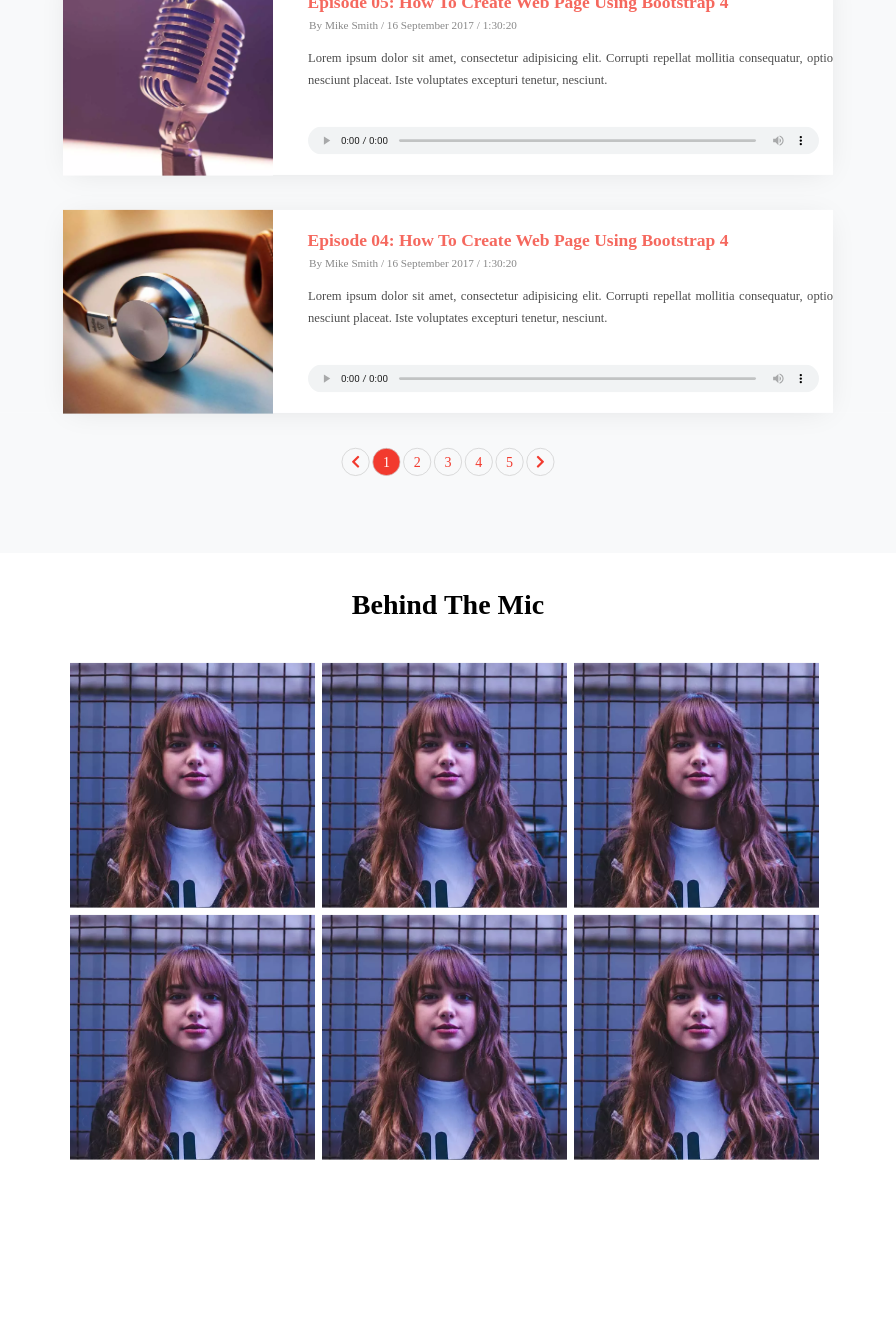
Repository: nhutduy0803/template2
Page: index.html
The author's editor kept a copy of each file at every save. The page is drawn from the files as they stood at one save, then again after the next save.
The browser window is 1280 px wide. The pictures show the part of the page from y = 2077 to 3997 px (the page is 3997 px tall), at 70% of full size.

Above is the page before, as saved 2021-12-09 14:33:13.

### index.html
<!DOCTYPE html>
<html lang="en">
  <head>
    <meta charset="UTF-8" />
    <meta http-equiv="X-UA-Compatible" content="IE=edge" />
    <meta name="viewport" content="width=device-width, initial-scale=1.0" />
    <link rel="stylesheet" href="./assets/css/style.css" />
    <link
      rel="stylesheet"
      href="./assets/css/font/fontawesome-free-5.15.4-web/css/all.min.css"
    />
    <title>Document</title>
  </head>
  <body>
    <script src="./main.js"></script>
    <div class="slider">
      <h2>Podca</h2>
      <img
        src="./assets/css/img/xhero_bg_1.jpg.pagespeed.ic.EJCcE-mhd6.webp"
        alt=""
      />
      <h3>Episode 09: How To Create Web Page Using Bootstrap 4</h3>
      <span>By Mike Smith | 16 September 2017 | 1:30:20</span>
      <div class="subslider">READ THE TRANSCRIPT</div>
      <div class="menu" onclick="openmenu()">
        <i class="fas fa-bars"></i>
      </div>
      <div class="sub-menu">
        <i class="fas fa-times" onclick="closemenu()"></i>
        <div class="home-menu">
          <p>Home</p>
          <i onclick="subhome()" class="fas fa-caret-down"></i>

          <div class="sub-home">
            <li>Menu One</li>
            <li>Menu Two</li>
            <li>Menu Three</li>
            <li>Sub Menu</li>
          </div>
          <div class="drop-down">
            <p>DropDown</p>
            <i onclick="subdropdown() " class="fas fa-caret-down"></i>
            <div class="sub-dropdown">
              <li>Menu One</li>
              <li>Menu two</li>
              <li>Menu three</li>
            </div>
          </div>

          <p>About</p>
          <p>Contact</p>
        </div>
      </div>
    </div>
    <div class="audio">
      <audio class="audio-one" controls>
        <source src="" type="audio/ogg" />
        <source src="" type="audio/mpeg" />
      </audio>
    </div>
    <div class="RecentPodcasts">
      <h2>Recent Podcasts</h2>
      <div class="container">
        <div class="img-pod">
          <img src="./assets/css/img/pod1.webp" alt="" />
        </div>
        <div class="content-pod">
          <h3>Episode 08: How To Create Web Page Using Bootstrap 4</h3>
          <span>By Mike Smith / 16 September 2017 / 1:30:20</span>
          <p>
            Lorem ipsum dolor sit amet, consectetur adipisicing elit. Corrupti
            repellat mollitia consequatur, optio nesciunt placeat. Iste
            voluptates excepturi tenetur, nesciunt.
          </p>
          <audio class="audiopod" controls>
            <source src="" type="audio/mpeg" />
          </audio>
        </div>
      </div>
      <div class="container">
        <div class="img-pod">
          <img src="./assets/css/img/pod2.webp" alt="" />
        </div>
        <div class="content-pod">
          <h3>Episode 07: How To Create Web Page Using Bootstrap 4</h3>
          <span>By Mike Smith / 16 September 2017 / 1:30:20</span>
          <p>
            Lorem ipsum dolor sit amet, consectetur adipisicing elit. Corrupti
            repellat mollitia consequatur, optio nesciunt placeat. Iste
            voluptates excepturi tenetur, nesciunt.
          </p>
          <audio class="audiopod" controls>
            <source src="" type="audio/mpeg" />
          </audio>
        </div>
      </div>
      <div class="container">
        <div class="img-pod">
          <img src="./assets/css/img/pod3.webp" alt="" />
        </div>
        <div class="content-pod">
          <h3>Episode 06: How To Create Web Page Using Bootstrap 4</h3>
          <span>By Mike Smith / 16 September 2017 / 1:30:20</span>
          <p>
            Lorem ipsum dolor sit amet, consectetur adipisicing elit. Corrupti
            repellat mollitia consequatur, optio nesciunt placeat. Iste
            voluptates excepturi tenetur, nesciunt.
          </p>
          <audio class="audiopod" controls>
            <source src="" type="audio/mpeg" />
          </audio>
        </div>
      </div>
      <div class="container">
        <div class="img-pod">
          <img src="./assets/css/img/pod4.webp" alt="" />
        </div>
        <div class="content-pod">
          <h3>Episode 05: How To Create Web Page Using Bootstrap 4</h3>
          <span>By Mike Smith / 16 September 2017 / 1:30:20</span>
          <p>
            Lorem ipsum dolor sit amet, consectetur adipisicing elit. Corrupti
            repellat mollitia consequatur, optio nesciunt placeat. Iste
            voluptates excepturi tenetur, nesciunt.
          </p>
          <audio class="audiopod" controls>
            <source src="" type="audio/mpeg" />
          </audio>
        </div>
      </div>
      <div class="container">
        <div class="img-pod">
          <img src="./assets/css/img/pod5.webp" alt="" />
        </div>
        <div class="content-pod">
          <h3>Episode 04: How To Create Web Page Using Bootstrap 4</h3>
          <span>By Mike Smith / 16 September 2017 / 1:30:20</span>
          <p>
            Lorem ipsum dolor sit amet, consectetur adipisicing elit. Corrupti
            repellat mollitia consequatur, optio nesciunt placeat. Iste
            voluptates excepturi tenetur, nesciunt.
          </p>
          <audio class="audiopod" controls>
            <source src="" type="audio/mpeg" />
          </audio>
        </div>
      </div>
    </div>
    <div class="list-pod">
      <li><i class="fas fa-chevron-left"></i></li>
      <li>1</li>
      <li>2</li>
      <li>3</li>
      <li>4</li>
      <li>5</li>
      <li><i class="fas fa-chevron-right"></i></li>
    </div>
    <div class="BehindTheMic">
      <h2>Behind The Mic</h2>
      <div class="container-behind">
        <div class="picture-behind">
          <img src="./assets/css/img/behind1.webp" alt="" />
          <h2>hihi</h2>
        </div>
        <div class="picture-behind">
          <img src="./assets/css/img/behind1.webp" alt="" />
        </div>
        <div class="picture-behind">
          <img src="./assets/css/img/behind1.webp" alt="" />
        </div>
        <div class="picture-behind">
          <img src="./assets/css/img/behind1.webp" alt="" />
        </div>
        <div class="picture-behind">
          <img src="./assets/css/img/behind1.webp" alt="" />
        </div>
        <div class="picture-behind">
          <img src="./assets/css/img/behind1.webp" alt="" />
        </div>
      </div>
      <!-- <div class="container-behind">
        <div class="picture-behind">
          <img src="./assets/css/img/behind1.webp" alt="" />
        </div>
      </div>
      <div class="container-behind">
        <div class="picture-behind">
          <img src="./assets/css/img/behind1.webp" alt="" />
        </div>
      </div>
      <div class="container-behind">
        <div class="picture-behind">
          <img src="./assets/css/img/behind1.webp" alt="" />
        </div>
      </div>
      <div class="container-behind">
        <div class="picture-behind">
          <img src="./assets/css/img/behind1.webp" alt="" />
        </div>
      </div>
      <div class="container-behind">
        <div class="picture-behind">
          <img src="./assets/css/img/behind1.webp" alt="" />
        </div>
      </div> -->
    </div>
  </body>
</html>

### assets/css/style.css
* {
  margin: 0;
  padding: 0;
  box-sizing: border-box;
}

.slider {
  width: 100%;
  height: 100vh;
  position: relative;
}

.slider::before {
  content: " ";
  position: absolute;
  top: 0;
  left: 0;
  right: 0;
  bottom: 0;
  background-color: rgba(0, 0, 0, 0.4);
}

.slider img {
  width: 100%;
  height: 100%;
}

.slider h2 {
  position: absolute;
  top: 50px;
  left: 50px;
  color: #fff;
  font-size: 40px;
}
.menu {
  position: absolute;
  right: 50px;
  top: 50px;
  font-size: 30px;
  color: #fff;
}

.slider h3 {
  text-align: center;
  position: absolute;
  transform: translate(-50%);
  top: 30%;
  left: 50%;
  color: #fff;
  font-size: 40px;
  line-height: 1.6;
  font-size: 50px;
}

.slider span {
  position: absolute;
  top: 58%;
  left: 50%;
  transform: translate(-50%);
  color: #ffffff80;
}

.subslider {
  width: 250px;
  background-color: #f23a2e;
  display: flex;
  justify-content: center;
  align-items: center;
  color: #fff;
  font-size: 15px;
  letter-spacing: 2px;
  height: 60px;
  position: absolute;
  top: 65%;
  left: 50%;
  transform: translate(-50%);
  transition: 0.3s;
  border-radius: 5px;
}

.subslider:hover {
  position: absolute;
  top: 64%;
  box-shadow: 0 5px 20px -7px rgba(0, 0, 0, 0.9);
  transition: 0.3s;
}

.sub-menu {
  width: 300px;
  background-color: #fff;
  position: absolute;
  right: -300px;
  top: 0;
  height: 100vh;
  position: fixed;
  transition: 0.3s;
  box-shadow: 0 0 10px rgba(0, 0, 0, 0.4);
}

.sub-menu.openmenu {
  transition: 0.3s;
  right: 0;
}

.sub-menu .fas {
  position: absolute;
  font-size: 25px;
  right: 15px;
  top: 15px;
  transition: 0.2s;
}

.sub-menu .fas:hover {
  transition: 0.2s;
  color: rgb(104, 103, 103);
}

.home-menu {
  margin-top: 100px;
  font-size: 20px;
  margin-left: 15%;
}

.home-menu p {
  margin-bottom: 30px;
  color: #212529;
  transition: 0.3s;
}

.home-menu p:nth-child(2) {
  width: 100%;
  background-color: #fff;
  height: 200px;
}

.home-menu p:hover {
  transition: 0.3s;
  color: #f00;
}

.fa-caret-down {
  margin-top: 85px;
  margin-right: 20px;
}

.drop-down {
  position: relative;
}

.drop-down .fa-caret-down {
  position: absolute;
  top: -85px;
}
.sub-home {
  margin-top: -20px;
  width: 200px;
  height: 0px;
  background-color: #fff;
  visibility: hidden;
  transition: 0.5s;
  opacity: 0;
  margin-bottom: 20px;
}

.sub-home.opensubhome {
  height: 170px;
  visibility: inherit;
  transition: 0.5s;
  opacity: 1;
}

.sub-home li {
  padding: 10px 0px;
  font-weight: 300;
  margin-left: 30px;
  font-size: 17px;
  list-style-type: none;
  /* transition: 0.3s; */
}

.sub-home li:hover {
  transition: 0.3s;
  color: #f00;
}

.sub-dropdown {
  margin-top: -20px;
  background-color: #fff;
  height: 0px;
  width: 200px;
  visibility: hidden;
  transition: 0.3s;
  opacity: 0;
  margin-bottom: 20px;
}

.sub-dropdown li {
  padding-top: 22.5px;
  margin-left: 30px;
  font-weight: 300;
  font-size: 17px;
  list-style-type: none;
  transition: 0.3s;
}

.sub-dropdown li:hover {
  transition: 0.3s;
  color: #f00;
}

.sub-dropdown.opensubdropdown {
  opacity: 1;
  visibility: inherit;
  transition: 0.3s;
  height: 150px;
}

.audio {
  display: flex;
  justify-content: center;
  align-items: center;
  width: 100%;
  background-color: #f8f9fa;
  height: 200px;
}

.audio-one {
  width: 750px;
  height: 40px;
}

.RecentPodcasts {
  background: #f8f9fa;
  height: auto;
  width: 100%;
  text-align: center;
}

.RecentPodcasts h2 {
  font-size: 40px;
  margin-bottom: 50px;
}

.container {
  width: 1100px;
  height: 290px;
  position: relative;
  margin: auto;
  box-shadow: 0 5px 40px -10px rgb(0 0 0 / 10%);
  margin-top: 50px;
}

.img-pod {
  position: absolute;
  top: 0;
  left: 0;
  height: 290px;
  width: 300px;
}

.img-pod img {
  width: 100%;
  height: 100%j;
}

.content-pod {
  padding-top: 30px;
  background: #fff;
  height: 100%;
}

.content-pod h3 {
  font-size: 25px;
  margin-left: 200px;
  color: #f23b2ec4;
  margin-bottom: 10px;
}

.content-pod span {
  margin-left: -100px;
  color: #888;
}

.content-pod p {
  line-height: 1.8;
  margin-top: 20px;
  text-align: justify;
  margin-left: 350px;
  font-size: 18px;
  color: #4d4d4d;
  font-weight: 300;
}

.audiopod {
  margin-top: 50px;
  width: 730px;
  height: 40px;
  margin-left: 330px;
}

.list-pod {
  background: #f8f9fa;
  height: 200px;
  width: 100%;
  text-align: center;
}

.list-pod li {
  padding-top: 7.5px;
  margin-top: 50px;
  list-style-type: none;
  border-radius: 50%;
  height: 40px;
  width: 40px;
  border: 1px solid #ccc;
  display: inline-block;
  color: #f23a2e;
  font-size: 20px;
}

.list-pod li:nth-child(2) {
  font-size: 20px;
  color: #fff;
  background: #f23a2e;
}

.BehindTheMic {
  width: 100%;
  height: 150vh;
  background: #fff;
  text-align: center;
}

.BehindTheMic h2 {
  margin-top: 50px;
  font-size: 40px;
  margin-bottom: 50px;
}

.container-behind {
  margin: auto;
  width: 1100px;
}

.picture-behind {
  margin-left: 10px;
  float: left;
  width: 350px;
  height: 350px;
  overflow: hidden;
  margin-top: 10px;
  position: relative;
}

.picture-behind img {
  width: 100%;
  height: 100%;
  transition: 0.3s;
  position: relative;
}

### main.js
function openmenu() {
  var openmenu = document.querySelector(".sub-menu");
  openmenu.classList.add("openmenu");
}

function closemenu() {
  var openmenu = document.querySelector(".sub-menu");
  openmenu.classList.remove("openmenu");
}

function subhome() {
  var opensubhome = document.querySelector(".sub-home");
  opensubhome.classList.toggle("opensubhome");
}

function subdropdown() {
  var subdropdown = document.querySelector(".sub-dropdown");
  subdropdown.classList.toggle("opensubdropdown");
}

Loaded but not shown: assets/css/font/fontawesome-free-5.15.4-web/css/all.min.css (library)

After the next save:
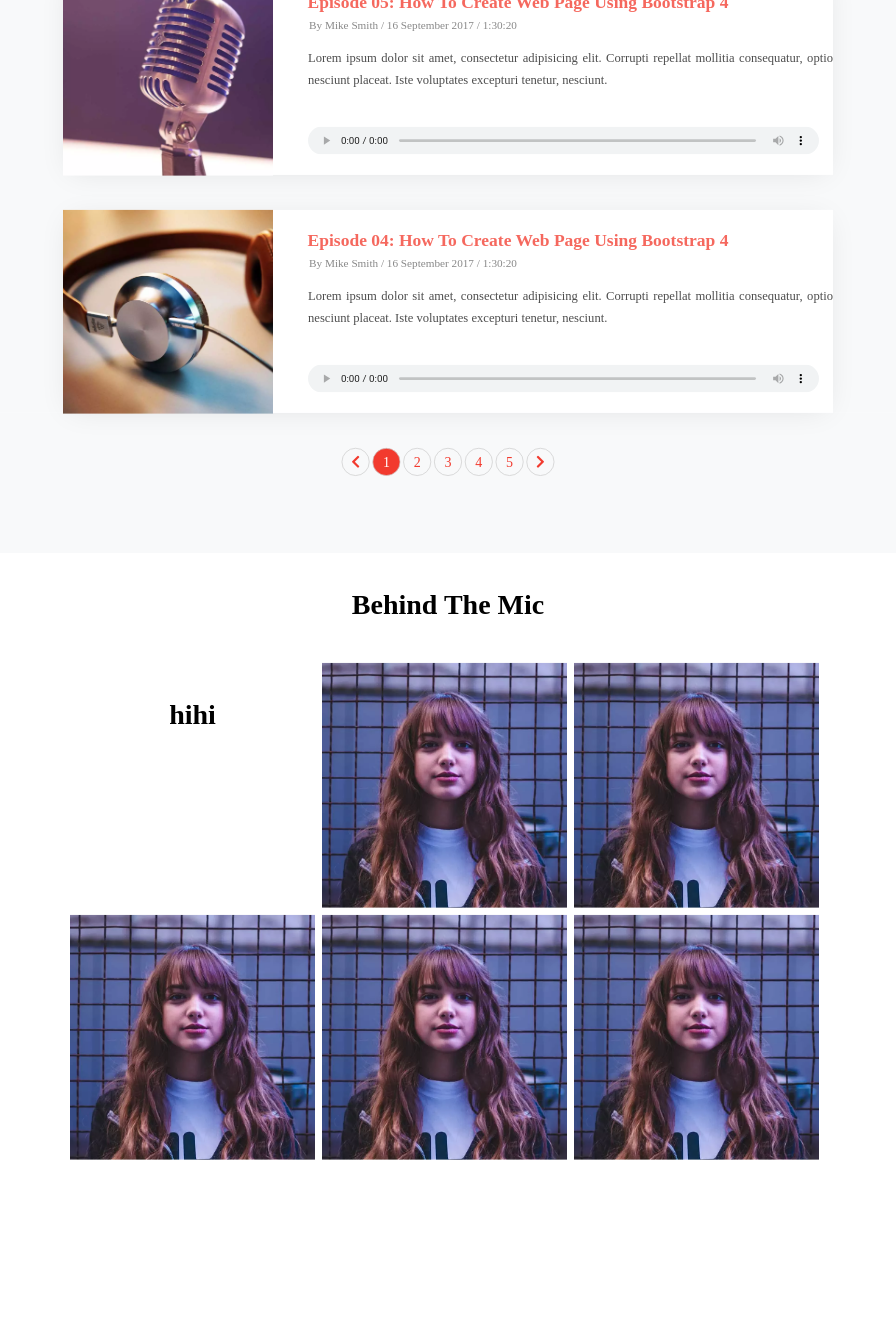
Saved 8 s later.
--- a/index.html
+++ b/index.html
@@ -159,7 +159,7 @@
       <h2>Behind The Mic</h2>
       <div class="container-behind">
         <div class="picture-behind">
-          <img src="./assets/css/img/behind1.webp" alt="" />
+          <!-- <img src="./assets/css/img/behind1.webp" alt="" /> -->
           <h2>hihi</h2>
         </div>
         <div class="picture-behind">

After the save that followed:
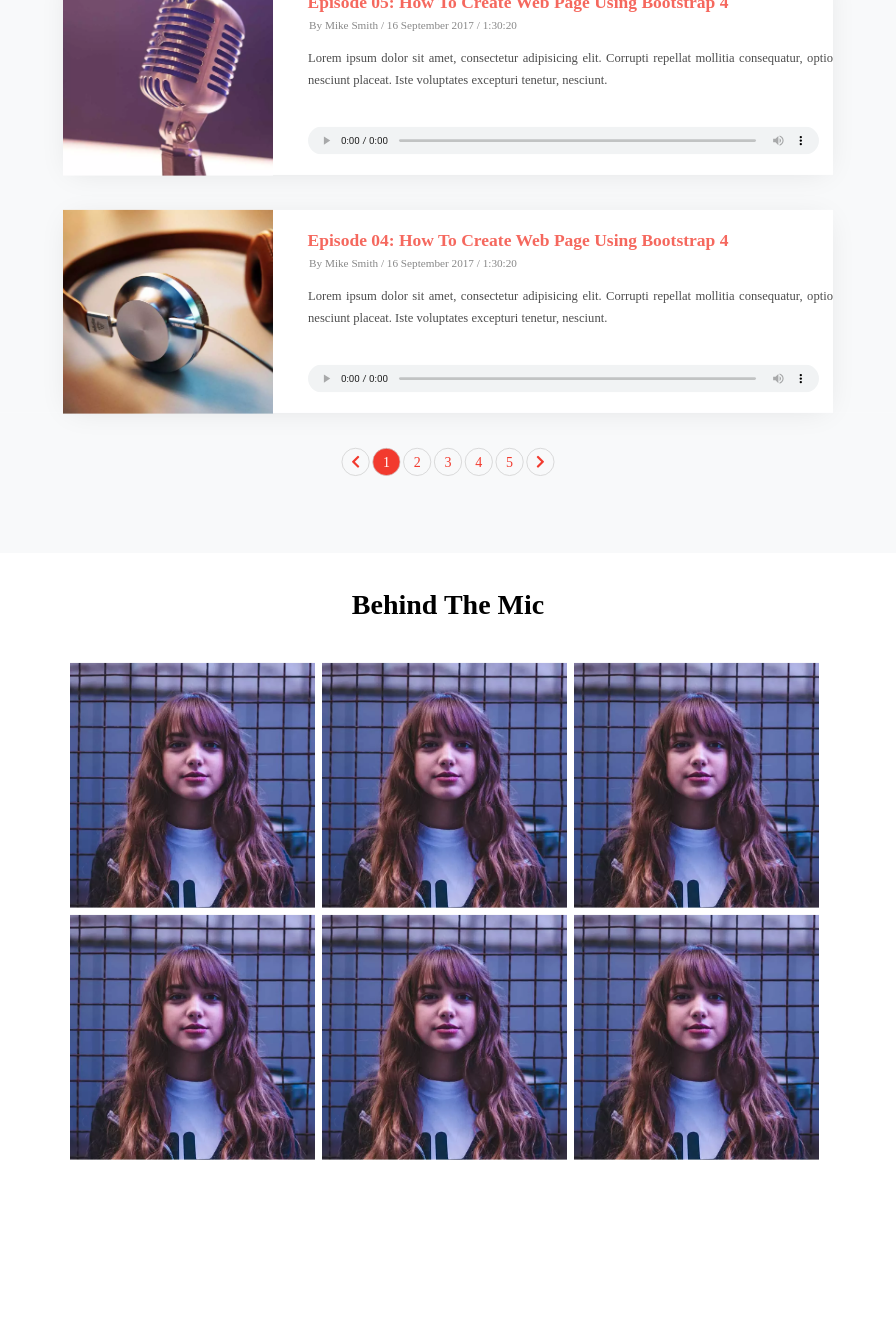
Saved 5 s later.
--- a/index.html
+++ b/index.html
@@ -159,7 +159,7 @@
       <h2>Behind The Mic</h2>
       <div class="container-behind">
         <div class="picture-behind">
-          <!-- <img src="./assets/css/img/behind1.webp" alt="" /> -->
+          <img src="./assets/css/img/behind1.webp" alt="" />
           <h2>hihi</h2>
         </div>
         <div class="picture-behind">
